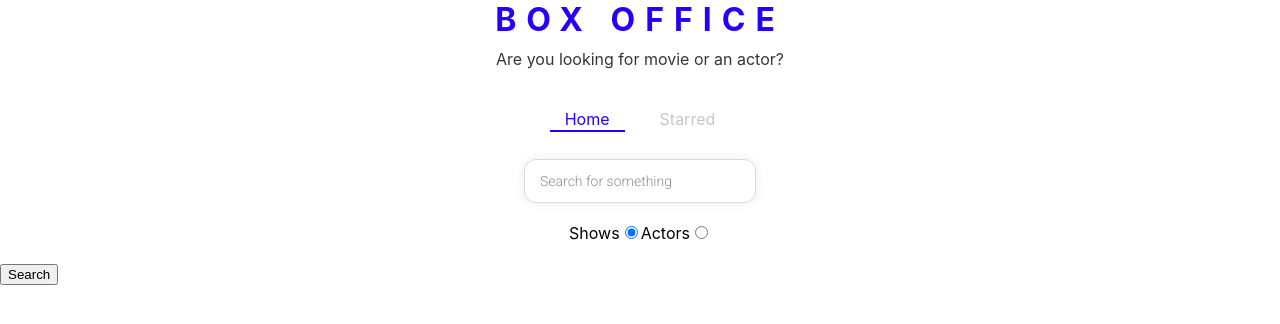
Repository: Mayur2905/Box-office
Page: /
The author's editor kept a copy of each file at every save. The page is drawn from the files as they stood at one save, then again after the next save.
The browser window is 1280 px wide. The pictures show the whole page.
The project was rebuilt for these pictures with package versions that can differ from the ones it lists, and the page was loaded fresh each time. A package was used in the major version that the imports need, not the one package.json lists. Also part of the build but not shown: src/components/styled.js, src/components/show/ShowCard.styled.js, src/components/show/ShowCard.js, src/components/show/ShowGrid.js, src/components/actor/ActorCard.js, src/components/actor/ActorGrid.js, src/pages/Starred.js, src/components/show/ShowMainData.styled.js and 9 more.

Above is the page before, as saved 2021-10-16 21:22:10.

After the next save:
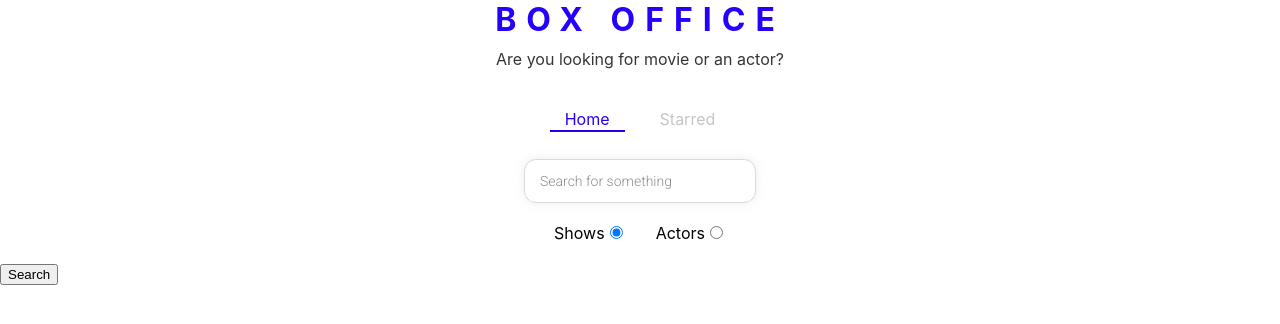
Saved 2 min 35 s later.
--- a/src/pages/Home.js
+++ b/src/pages/Home.js
@@ -59,6 +59,7 @@ const Home = () => {
       />
 
       <RadioInputsWrapper>
+        <div>
         <label htmlFor="shows-search">
           Shows
           <input
@@ -67,9 +68,10 @@ const Home = () => {
             value="shows"
             checked={isShowsSearch}
             onChange={onRadioChange}
-          />
+            />
         </label>
-
+        </div>
+        <div>
         <label htmlFor="actors-search">
           Actors
           <input
@@ -78,8 +80,9 @@ const Home = () => {
             value="people"
             checked={!isShowsSearch}
             onChange={onRadioChange}
-          />
+            />
         </label>
+        </div>
       </RadioInputsWrapper>
 
       <button type="button" onClick={onSearch}>
